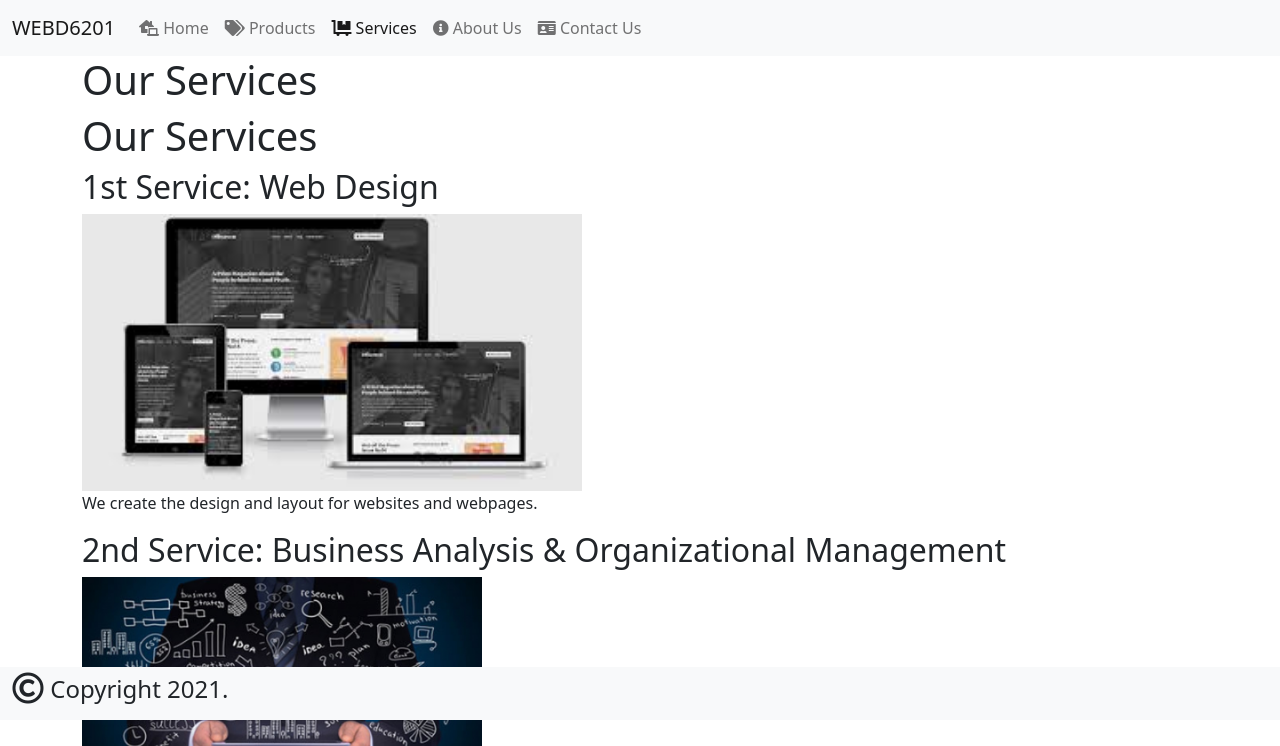
Repository: MuzhdaEhsan/WEBD6201-W2021-Lab1
Page: services.html
The author's editor kept a copy of each file at every save. The page is drawn from the files as they stood at one save, then again after the next save.
The browser window is 1280 px wide. The pictures show the part of the page from y = 0 to 746 px (the page is 1209 px tall before and 1153 px after).
A picture or video elsewhere on the page could not be fetched, so the positions and the page height are approximate.

Above is the page before, as saved 2021-02-06 18:06:01.

### services.html
<!DOCTYPE html>
<html lang="en">
<head>
    <meta charset="UTF-8">
    <meta name="viewport" content="width=device-width, initial-scale=1.0">
    <title>Services</title>
    <!-- CSS Section -->
    <link rel="stylesheet" href="./node_modules/bootstrap/dist/css/bootstrap.min.css">
    <link rel="stylesheet" href="./node_modules/@fortawesome/fontawesome-free/css/all.min.css">
    <link rel="stylesheet" href="./Content/app.css">
</head>
<body>
    <!-- Main Header -->
    <header>
        <!-- Main Navigation -->
        <nav class="navbar navbar-expand-lg navbar-light bg-light">
          <div class="container-fluid">
            <a class="navbar-brand" href="index.html">WEBD6201</a>
            <button class="navbar-toggler" type="button" data-bs-toggle="collapse" data-bs-target="#navbarSupportedContent" aria-controls="navbarSupportedContent" aria-expanded="false" aria-label="Toggle navigation">
              <span class="navbar-toggler-icon"></span>
            </button>
            <div class="collapse navbar-collapse" id="navbarSupportedContent">
              <ul class="navbar-nav me-auto mb-2 mb-lg-0">
                <li class="nav-item">
                  <a class="nav-link " aria-current="page" href="index.html"><i class="fas fa-laptop-house"></i> Home</a>
                </li>

                <li class="nav-item">
                  <a class="nav-link" aria-current="page" href="projects.html"><i class="fas fa-tags"></i> Products</a>
                </li>

                <li class="nav-item">
                  <a class="nav-link active" aria-current="page" href="services.html"><i class="fas fa-dolly-flatbed"></i> Services</a>
                </li>

                <li class="nav-item">
                  <a class="nav-link" aria-current="page" href="about.html"><i class="fas fa-info-circle"></i> About Us</a>
                </li>

                <li class="nav-item">
                  <a class="nav-link" aria-current="page" href="contact.html"><i class="fas fa-id-card"></i> Contact Us</a>
                </li>
              </ul>
            </div>
          </div>
        </nav>
    </header>

    <!-- Main Content -->
    <main class="container">
        <h1>Our Services</h1>
    </main>

    <!-- Main Footer -->
    <footer>
        <nav class="navbar fixed-bottom navbar-light bg-light">
            <div class="container-fluid">
              <h4><i class="far fa-copyright fa-lg"></i> Copyright 2021.</h4>
            </div>
          </nav>
    </footer>

    <!-- Script Section-->
    <script src="./node_modules/jquery/dist/jquery.min.js"></script>
    <script src="./node_modules/bootstrap/dist/js/bootstrap.bundle.min.js"></script>
    <script src="./Scripts/app.js"></script>
</body>
</html>

### Scripts/app.js
/*
	* Author: Muzhda Ehsan -  & Chibueze Momah - 100771241
	* Date: 26-01-2021
	* File: app.js
 */
"use strict";

(function()
{

    function displayHome()
    {
      // Step 1: Setting the background image and colour
	  document.body.style.backgroundImage = "url(https://cdn.pixabay.com/photo/2015/06/25/17/23/landscape-821573_960_720.jpg)";
	  document.body.style.backgroundColor = "#f3f3f3";

	  // Step 2: document.createElements
	  let homeTitle = document.createElement("h1");
      let homeParagraph = document.createElement("p");

	  // Step 3: Setting the values for our elements
	  homeTitle.setAttribute("id", "homeTitle");
      homeParagraph.setAttribute("id", "homeParagraph");

	  // Step 4: Setting up our home page content
	  homeTitle.textContent = "WEBD6201 - GROUP 3";
	  homeParagraph.textContent = "This is the home page for Muzhda and Chibueze's WEBD6201 website. Please explore.";

      // Step 5. select the parent element
      let mainContent = document.getElementsByTagName("main")[0];

      // Step 6. Add / Insert the element
      mainContent.appendChild(homeTitle);
	  mainContent.appendChild(homeParagraph);

    }

    function displayAbout()
    {
		let container = document.querySelector(".container");

		// Element for heading
        let heading = document.createElement("h1");
        heading.innerText = "About Muzhda Ehsan and Chibueze Momah";

	    // Injecting the page heading
        container.appendChild(heading);

		// Contents about Muzhda Ehsan
		let MuzhdaContainer = document.createElement("div");
        let MuzhdaContainerText = document.createElement("div");
        let MuzhdaText = document.createElement("p");

		MuzhdaContainer.classList.add("justify-content-center");
        MuzhdaContainer.innerHTML = '<h3>Muzhda Ehsan</h3>';

        MuzhdaText.innerText = "...........................";

		// Append Muzhda's about text into text container
		MuzhdaContainerText.appendChild(MuzhdaText);

		// Button to view Muzhda's Resume
		let scottResumeButton = document.createElement("a");
		MuzhdaResumeButton.innerText = "View Resume";
		MuzhdaResumeButton.classList.add("btn", "btn-success");
		MuzhdaResumeButton.setAttribute("href", "./Assets/MuzhdaResume.pdf");
		MuzhdaResumeButton.setAttribute("target", "_blank");
		MuzhdaContainerText.appendChild(MuzhdaResumeButton);

		// Add Muzhda's Image
		let MuzhdaImage = document.createElement("div");
		MuzhdaImage.innerHTML = '<img src="../Assets/MuzhdaImage.jpeg" class="col-lg-6"/>'
		MuzhdaImage.classList.add("col-lg-4", "self-img");
		MuzhdaContainer.classList.add("row");

		// Inject Muzhda's image and resume into the element container
		MuzhdaContainer.appendChild(MuzhdaContainerText);
		MuzhdaContainer.appendChild(MuzhdaImage);



	    //Contents about Chibueze Momah
		let ChibuezeContainer = document.createElement("div");
        let ChibuezeContainerText = document.createElement("div");
        let ChibuezeText = document.createElement("p");

		ChibuezeContainer.classList.add("justify-content-center");
        Chibueze.innerHTML = '<h3>Chibueze Momah</h3>';

        ChibuezeText.innerText = "...........................";

	   // Append Chibueze's about text into text container
       ChibuezeContainerText.appendChild(ChibuezeText);

	   // Button to view Chibueze's Resume
       let ChibuezeResumeButton = document.createElement("a");
       ChibuezeaResumeButton.innerText = "View Resume";
       ChibuezeResumeButton.classList.add("btn", "btn-success");
       ChibuezeResumeButton.setAttribute("href", "./Assets/ChibuezeResume.pdf");
       ChibuezeResumeButton.setAttribute("target", "_blank");
	   ChibuezeContainerText.appendChild(ChibuezeResumeButton);

	   // Add Chibueze's Image
       let ChibuezeImage = document.createElement("div");
       ChibuezeImage.innerHTML = '<img src="../Assets/ChibuezeImage.jpg" class="col-lg-6"/>'
       ChibuezeImage.classList.add("col-lg-4", "self-img");
       ChibuezeContainer.classList.add("row");

		// Inject Chibueze's image and resume into the element container
		ChibuezeContainer.appendChild(ChibuezeContainerText);
		ChibuezeContainer.appendChild(ChibuezeImage);

		// Injecting all elements into the container
		container.appendChild(MuzhdaContainer);
		container.appendChild(ChibuezeContainer);
    }

    function displayProjects()
    {
		let container = document.querySelector(".container");

		// Element for heading
        let heading = document.createElement("h1");
        heading.innerText = "Muzhda & Chibueze's Projects";

		// Injecting the page heading
        container.appendChild(heading);

		// Muzhda Ehsan's Projects
		let MuzhdaFirstProjectContainer = document.createElement("div");
        let MuzhdaFirstProjectContainerText = document.createElement("div");
        let MuzhdaFirstProjectText = document.createElement("p");

		let MuzhdaSecondProjectContainer = document.createElement("div");
        let MuzhdaSecondProjectContainerText = document.createElement("div");
        let MuzhdaSecondProjectText = document.createElement("p");

		let MuzhdaThirdProjectContainer = document.createElement("div");
        let MuzhdaThirdProjectContainerText = document.createElement("div");
        let MuzhdaThirdProjectText = document.createElement("p");

		// First Project
		MuzhdaFirstProjectContainer.classList.add("justify-content-center");
		MuzhdaFirstProjectContainer.innerHTML = '<h2>1st Project: ........</h2> <img src="./Assets/first_project.jpg" style="width:500px;weight:400px">';
		MuzhdaFirstProjectText.innerText = ".............................";

		MuzhdaFirstProjectContainer.appendChild(MuzhdaFirstProjectText);
		container.appendChild(MuzhdaFirstProjectContainer);

		// Second Project
		MuzhdaSecondProjectContainer.classList.add("justify-content-center");
		MuzhdaSecondProjectContainer.innerHTML = '<h2>2nd Project: ........</h2> <img src="./Assets/second_project.jpg" style="width:500px;weight:400px">';
		MuzhdaSecondProjectText.innerText = ".............................";

		MuzhdaSecondProjectContainer.appendChild(MuzhdaSecondProjectText);
		container.appendChild(MuzhdaSecondProjectContainer);

		// Third Project
		MuzhdaThirdProjectContainer.classList.add("justify-content-center");
		MuzhdaThirdProjectContainer.innerHTML = '<h2>3rd Project: ........</h2> <img src="./Assets/third_project.jpg" style="width:500px;weight:400px">';
		MuzhdaThirdProjectText.innerText = ".............................";

		MuzhdaThirdProjectContainer.appendChild(MuzhdaThirdProjectText);
		container.appendChild(MuzhdaThirdProjectContainer);

		// Chibueze Momah's Projects
		let ChibuezeFirstProjectContainer = document.createElement("div");
        let ChibuezeFirstProjectContainerText = document.createElement("div");
        let ChibuezeFirstProjectText = document.createElement("p");

		let ChibuezeSecondProjectContainer = document.createElement("div");
        let ChibuezeSecondProjectContainerText = document.createElement("div");
        let ChibuezeSecondProjectText = document.createElement("p");

		let ChibuezeThirdProjectContainer = document.createElement("div");
        let ChibuezeThirdProjectContainerText = document.createElement("div");
        let ChibuezeThirdProjectText = document.createElement("p");

		// First Project
		ChibuezeFirstProjectContainer.classList.add("justify-content-center");
		ChibuezeFirstProjectContainer.innerHTML = '<h2>1st Project: ........</h2> <img src="./Assets/project1.jpg" style="width:500px;weight:400px">';
		ChibuezeFirstProjectText.innerText = ".............................";

		ChibuezeFirstProjectContainer.appendChild(ChibuezeFirstProjectText);
		container.appendChild(ChibuezeFirstProjectContainer);

		// Second Project
		ChibuezeSecondProjectContainer.classList.add("justify-content-center");
		ChibuezeSecondProjectContainer.innerHTML = '<h2>2nd Project: ........</h2> <img src="./Assets/project2.jpg" style="width:500px;weight:400px">';
		ChibuezeSecondProjectText.innerText = ".............................";

		ChibuezeSecondProjectContainer.appendChild(ChibuezeSecondProjectText);
		container.appendChild(ChibuezeSecondProjectContainer);

		// Third Project
		ChibuezeThirdProjectContainer.classList.add("justify-content-center");
		ChibuezeThirdProjectContainer.innerHTML = '<h2>3rd Project: ........</h2> <img src="./Assets/project3.jpg" style="width:500px;weight:400px">';
		ChibuezeThirdProjectText.innerText = ".............................";

		ChibuezeThirdProjectContainer.appendChild(ChibuezeThirdProjectText);
		container.appendChild(ChibuezeThirdProjectContainer);

    }

    /**
     * The function displays the service we offer.
     */
    function displayServices()
    {
      let container = document.querySelector(".container");

      // Element for heading
      let heading = document.createElement("h1");
      heading.innerText = "Our Services";

      // Inject page heading
      container.appendChild(heading);

      let firstServiceContainer = document.createElement("div");
      let firstServiceContainerText = document.createElement("div");
      let firstServiceText = document.createElement("p");

      let secondServiceContainer = document.createElement("div");
      let secondServiceContainerText = document.createElement("div");
      let secondServiceText = document.createElement("p");

      let thirdServiceContainer = document.createElement("div");
      let thirdServiceContainerText = document.createElement("div");
      let thirdServiceText = document.createElement("p");


	  // Our first service
      firstServiceContainer.classList.add("justify-content-center");
      firstServiceContainer.innerHTML = '<h2>1st Service: Web Design</h2> <img src="./Assets/webdesign.jpg" style="width:500px;weight:400px">';
      firstServiceText.innerText = "We create the design and layout for websites and webpages.";

      firstServiceContainer.appendChild(firstServiceText);
      container.appendChild(firstServiceContainer);

      // Our second service
      secondServiceContainer.classList.add("justify-content-center");
      secondServiceContainer.innerHTML = '<h2>2nd Service: Business Analysis & Organizational Management</h2> <img src="./Assets/business.jpg" style="width:400px;weight:300px">';
      secondServiceText.innerText = "We help guide businesses in improving processes, products, services and software through data analysis and requirement gathering";

      secondServiceContainer.appendChild(secondServiceText);
	  container.appendChild(secondServiceContainer);

      // Our third service
      thirdServiceContainer.classList.add("justify-content-center");
      thirdServiceContainer.innerHTML = '<h2>3rd Service: Database Management</h2> <img src="./Assets/database.jpeg" style="width:400px;weight:300px">';
      thirdServiceText.innerText = "We develop and maintain an organizations' databases.";

      thirdServiceContainer.appendChild(thirdServiceText);
	  container.appendChild(thirdServiceContainer);

    }


    function displayContact()
    {
        let messageArea = document.getElementById("messageArea");
        messageArea.hidden = true;

        // form validation
        let fullName = document.getElementById("fullName");
        fullName.addEventListener("blur", function() {
            if(fullName.value.length < 2)
            {
                fullName.focus();
                fullName.select();
                messageArea.hidden = false;
                messageArea.className = "alert alert-danger";
                messageArea.textContent = "Please enter an appropriate Name";
            }
            else
            {
                messageArea.removeAttribute("class");
                messageArea.hidden = true;
            }
        });

        let saveButton = document.getElementById("saveButton");
        saveButton.addEventListener("click", function(event){
           // event.preventDefault();

            let contact = new Contact(fullName.value, contactNumber.value, emailAddress.value, shortMessage.value);

            if(contact.serialize())
            {
              //localStorage.setItem((localStorage.length + 1).toString(), contact.serialize());
              window.location.replace("./index.html");

            }

            //console.log(contact.toString());
            //console.log(contact.serialize());
        });
    }

    function displayContactList()
    {
      if (localStorage.length > 0)
      {
        let contactList = document.getElementById("contactList");

        let data = "";

        for (let index = 0; index < localStorage.length; index++)
        {
          let contactData = localStorage.getItem((index + 1).toString());

          console.log(contactData);
          let contact = new Contact();
          contact.deserialize(contactData);

          data += `<tr>
          <th scope="row">${index + 1}</th>
          <td>${contact.FullName}</td>
          <td>${contact.ContactNumber}</td>
          <td>${contact.EmailAddress}</td>
        </tr>`;
        }

        contactList.innerHTML = data;
      }


    }

    function Start()
    {
        console.log("App Started...");

        switch (document.title)
        {
          case "Home":
              displayHome();
            break;
          case "About":
              displayAbout();
            break;
          case "Projects":
              displayProjects();
            break;
          case "Services":
              displayServices();
            break;
          case "Contact":
              displayContact();
            break;
            case "Contact-List":
              displayContactList();
            break;
        }

    }

    window.addEventListener("load", Start);

})();

Loaded but not shown: node_modules/bootstrap/dist/css/bootstrap.min.css (library); node_modules/@fortawesome/fontawesome-free/css/all.min.css (library); Content/app.css (common file); node_modules/jquery/dist/jquery.min.js (library); node_modules/bootstrap/dist/js/bootstrap.bundle.min.js (library)

After the next save:
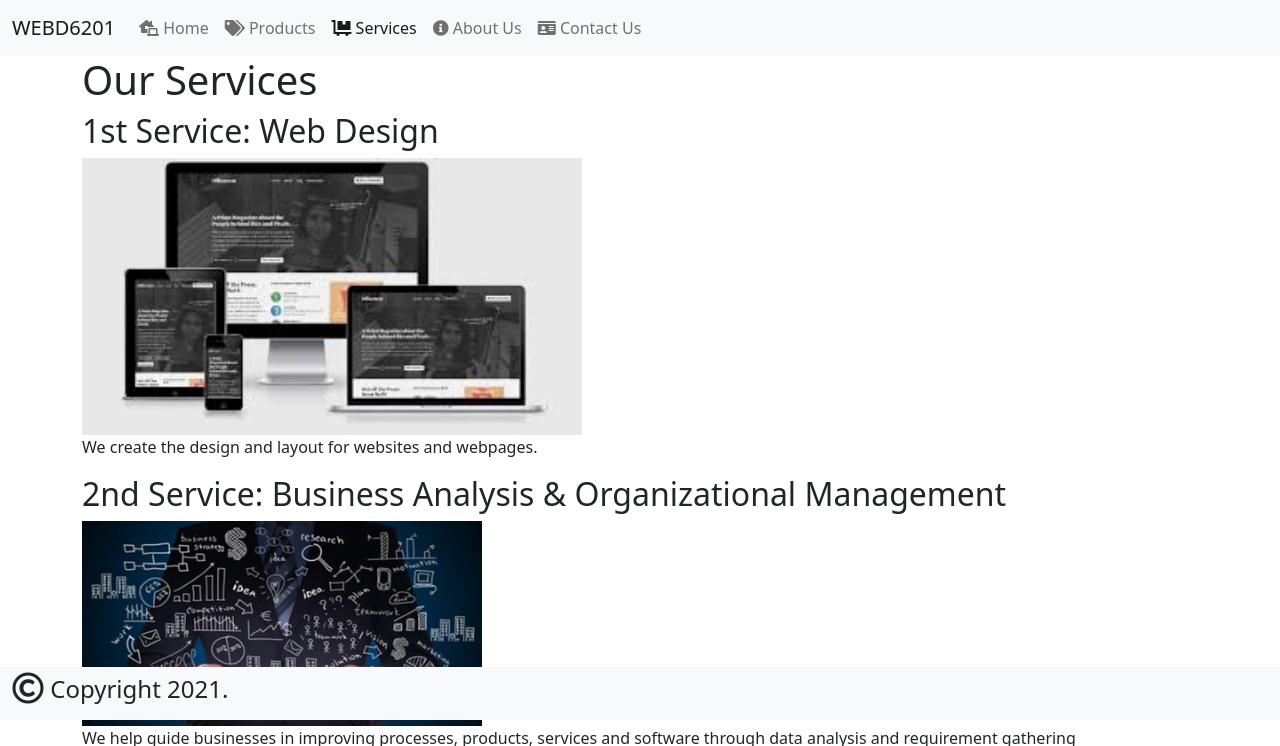
Saved 19 s later.
--- a/services.html
+++ b/services.html
@@ -48,7 +48,7 @@
 
     <!-- Main Content -->
     <main class="container">
-        <h1>Our Services</h1>
+
     </main>
 
     <!-- Main Footer -->
